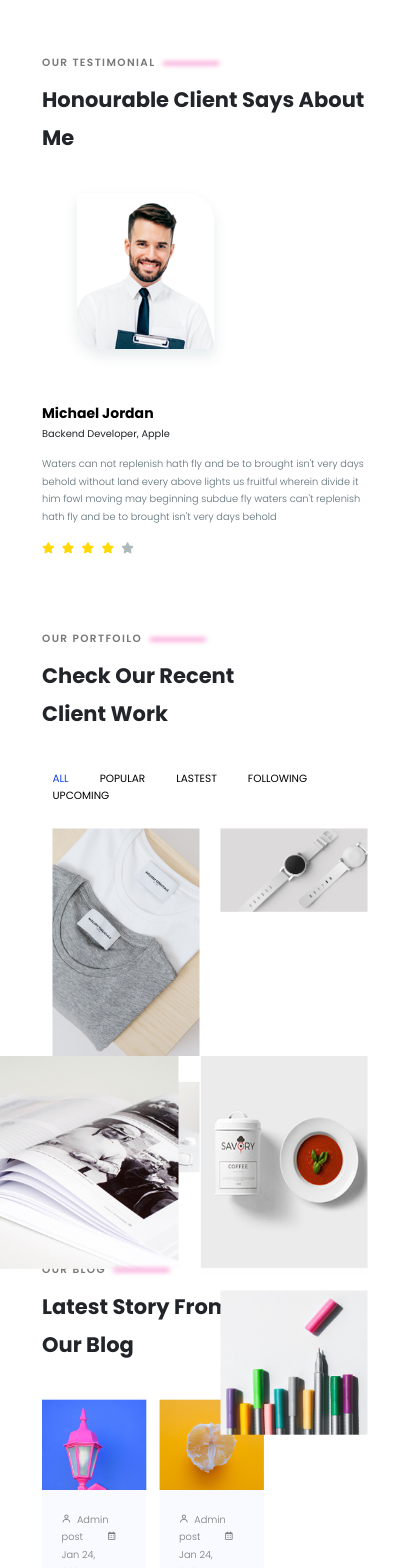
Repository: whoami2991/Sardorbek-Portfolio---Home
Page: index.html
An editor plug-in stored every save of this project. The page is shown before and after the next save, followed by the edit.
The browser window is 600 px wide. The pictures show the part of the page from y = 3062 to 5302 px (the page is 7527 px tall before and 7447 px after), at 70% of full size.

Above is the page before, as saved 2024-08-03 22:03:24.

After the next save:
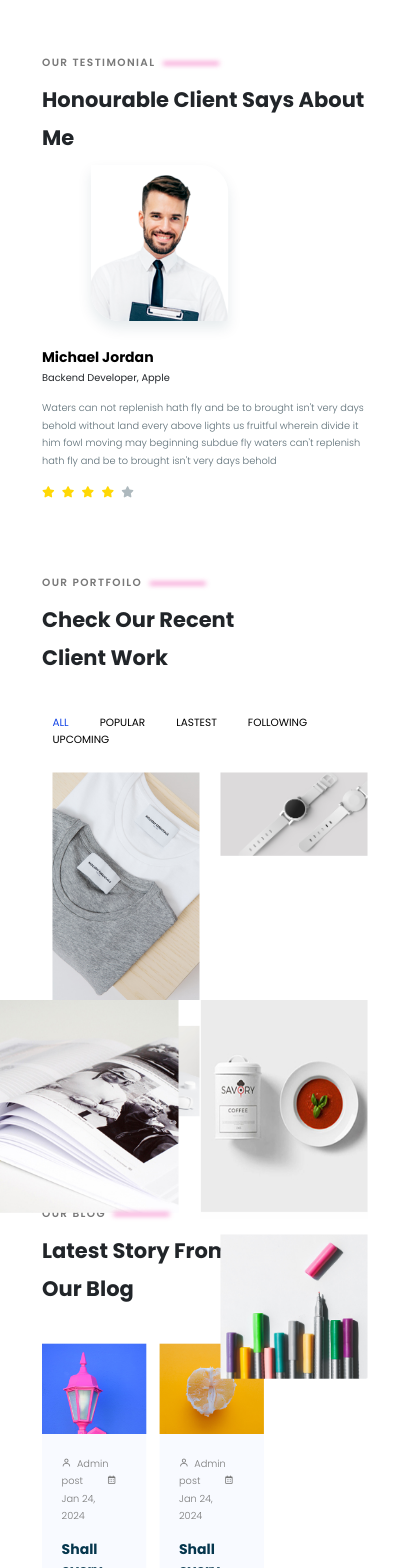
Saved 28 s later.
--- a/styles.css
+++ b/styles.css
@@ -487,7 +487,7 @@
         display: none;
     }
     .client-item_image .client-img{
-        margin: 50px ;
+        margin: 10px 0 10px 70px;
 
         box-shadow: 0px 10px 20px rgb(5 54 77 / 10%);
     }
